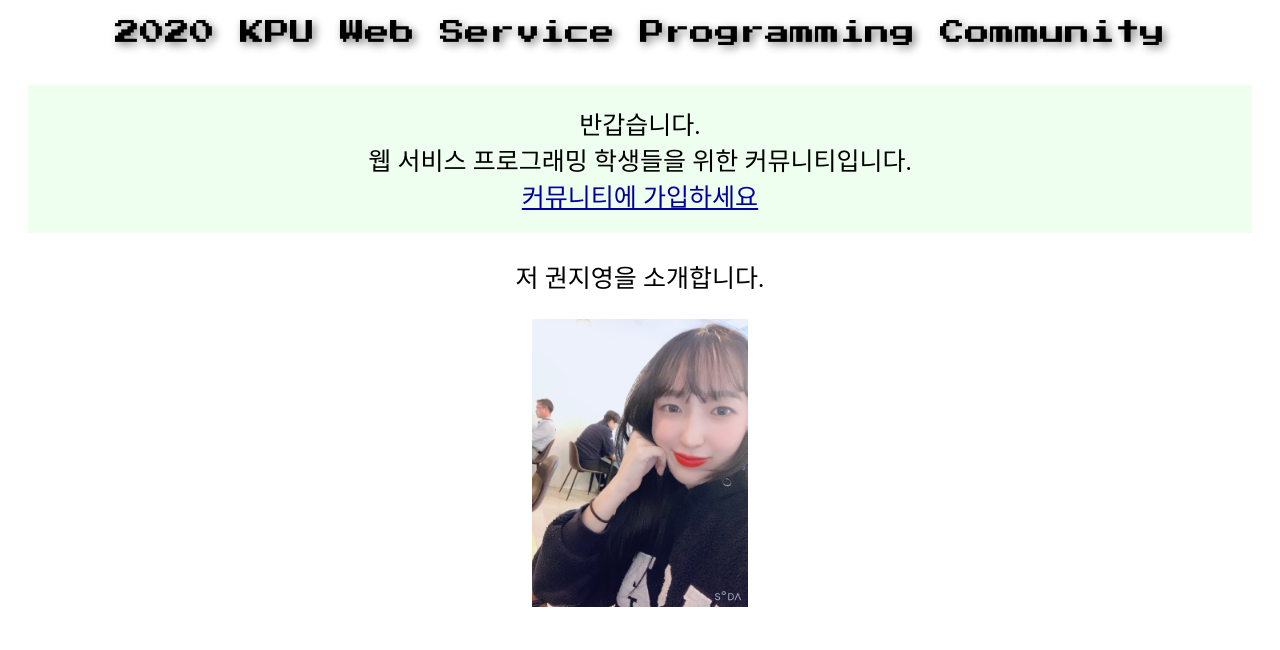
Repository: JiYoung-Kwon/WebProgramming
Page: workspace_20206R/kwonjiyoung_reg/WebContent/welcome.html
An editor plug-in stored every save of this project. The page is shown before and after the next save, followed by the edit.
The browser window is 1280 px wide. The pictures show the whole page.
Some web fonts or font styles are not loaded; a fallback is used.

Above is the page before, as saved 2020-10-07 07:45:02.

### workspace_20206R/kwonjiyoung_reg/WebContent/welcome.html
<!DOCTYPE html>
<html>

<head>
<meta charset="UTF-8">
<title>Web Service Programming Homework</title>
<link rel = "stylesheet" href="resources/register.css" type="text/css"></link>
</head>

<body>
	<header> 2020 KPU Web Service Programming Community </header>

	<audio src="resources/물방울 - Tido Kang.mp3" autoplay>
	</audio>


	<p id=sect>반갑습니다. <br> 웹 서비스 프로그래밍 학생들을 위한 커뮤니티입니다. <br>
		<a href="http://localhost:8080/kwonjiyoung_reg/StudentServlet?cmd=join" target="_self" > 커뮤니티에 가입하세요</a>
	</p>

	<div>
		<p> 저 권지영을 소개합니다. </p>

		<img src = "resources/Jiyoung.jpg" alt="jiyoung" width="216" height="288">
	</div>
</body>
</html>

### workspace_20206R/kwonjiyoung_reg/WebContent/resources/register.css
@charset "UTF-8";
@import url('https://fonts.googleapis.com/css2?family=Press+Start+2P&display=swap');
@import url('https://fonts.googleapis.com/css2?family=Nanum+Pen+Script&display=swap');
	header
	{
		margin : 20px 10px 40px 10px;
		font-family: 'Press Start 2P', cursive;
		font-size: 25px;
		text-shadow: 3px 3px 8px gray;
		text-align: center;
	}
	body{
		color: black;
		font-family: 'Nanum Pen Script', cursive;
		font-size: 25px;
	}
	div{
		margin-left: auto;
		margin-right: auto;
		width: 70%;
		text-align: center;
	}
	ul{
		list-style:none;
		text-align:left;
		background-color:#FAFEE2;
		margin-left:20px;
		margin-right: 20px;
		padding-top:20px; padding-bottom:20px;
	}
	#sect{
		background-color:#EFFFEF;
		text-align:center;
		margin:20px;
		padding:20px;
	}
	a{
		text-decoration: underline;
		color: #0000a0;
	}
	table{
		border-collapse: collapse;
		width:100%;
	}
	th{
		border: 1px solid lightgray;
		padding: 5px;
		width: 30%;
	}
	td{
		border: 1px solid lightgray;
		padding: 5px;
		width: 70%;
	}

After the next save:
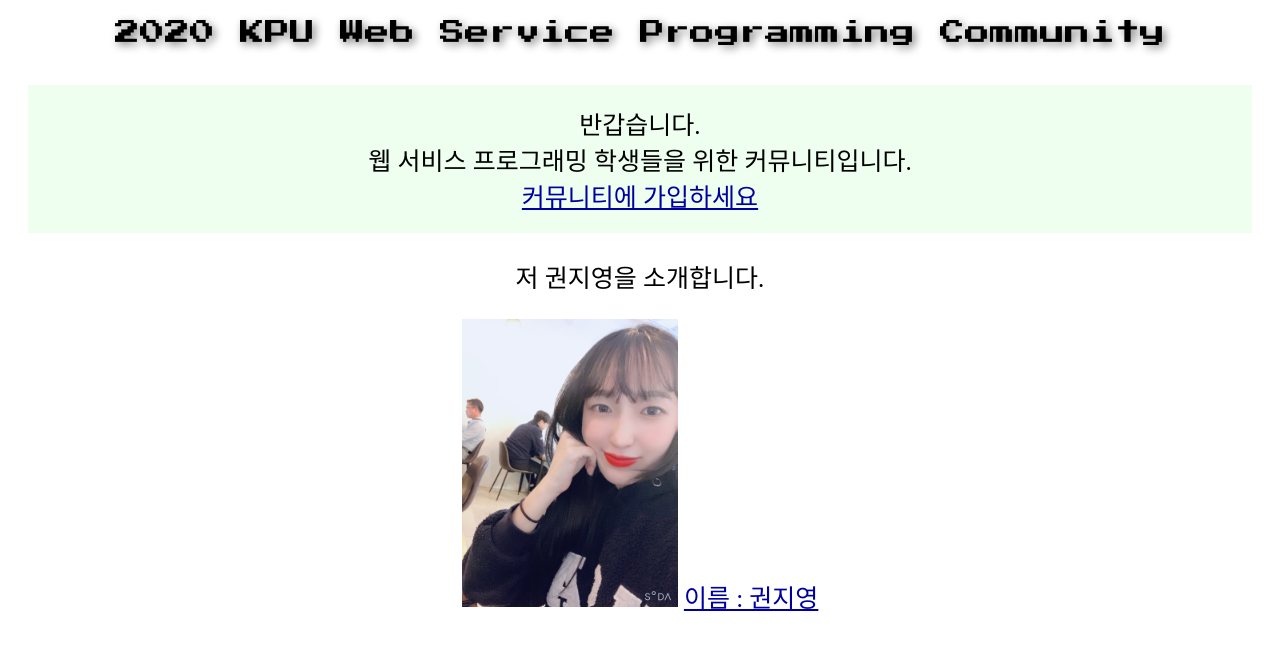
Saved 102 s later.
--- a/workspace_20206R/kwonjiyoung_reg/WebContent/welcome.html
+++ b/workspace_20206R/kwonjiyoung_reg/WebContent/welcome.html
@@ -22,6 +22,7 @@
 		<p> 저 권지영을 소개합니다. </p>
 
 		<img src = "resources/Jiyoung.jpg" alt="jiyoung" width="216" height="288">
+		<a> 이름 : 권지영 </a>
 	</div>
 </body>
 </html>

After the save that followed:
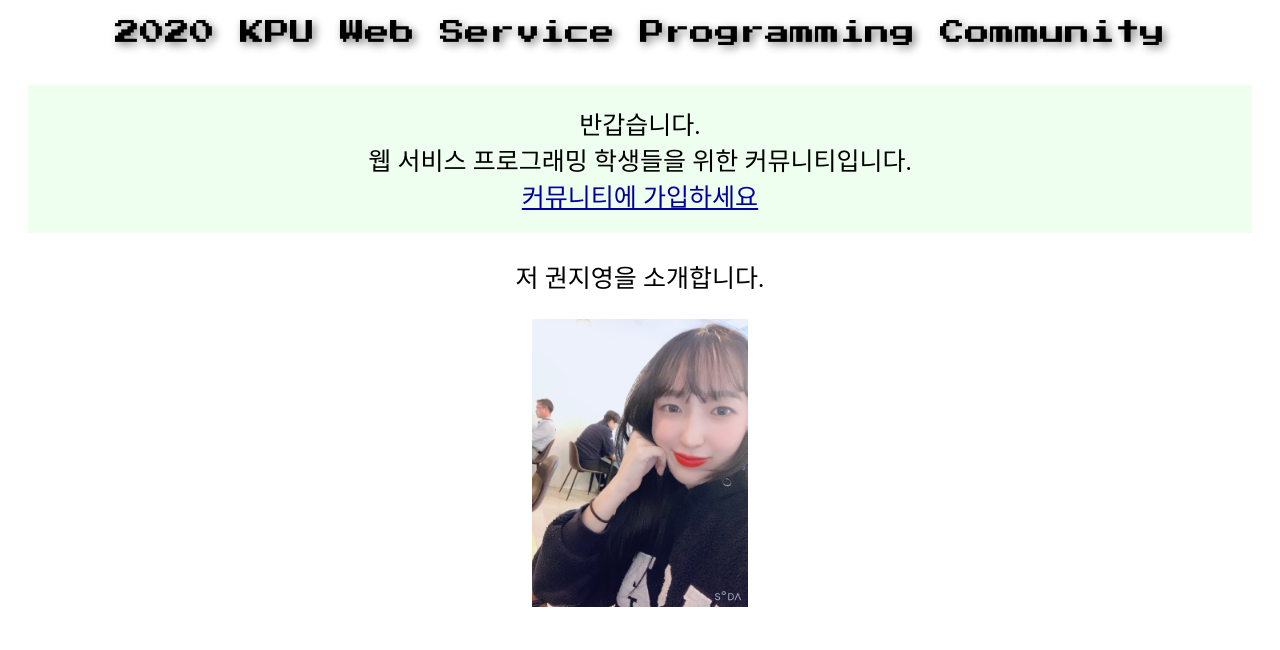
Saved 19 s later.
--- a/workspace_20206R/kwonjiyoung_reg/WebContent/welcome.html
+++ b/workspace_20206R/kwonjiyoung_reg/WebContent/welcome.html
@@ -22,7 +22,7 @@
 		<p> 저 권지영을 소개합니다. </p>
 
 		<img src = "resources/Jiyoung.jpg" alt="jiyoung" width="216" height="288">
-		<a> 이름 : 권지영 </a>
+
 	</div>
 </body>
 </html>
